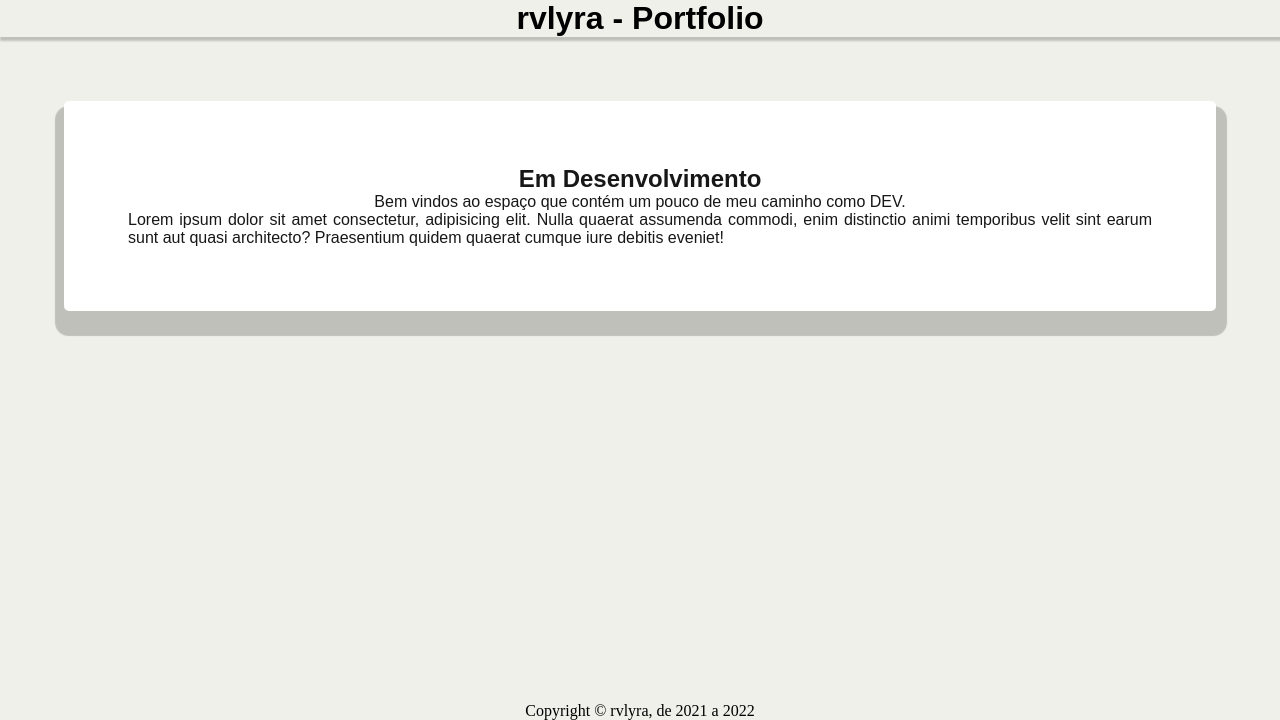
Repository: rvlyra/splash-screen-rvlyra
Page: Portfolio-RVLYRA/public/index.html
The author's editor kept a copy of each file at every save. The page is drawn from the files as they stood at one save, then again after the next save.
The browser window is 1280 px wide. The pictures show the whole page.
Some web fonts or font styles are not loaded; a fallback is used.

Above is the page before, as saved 2022-07-06 09:40:58.

After the next save:
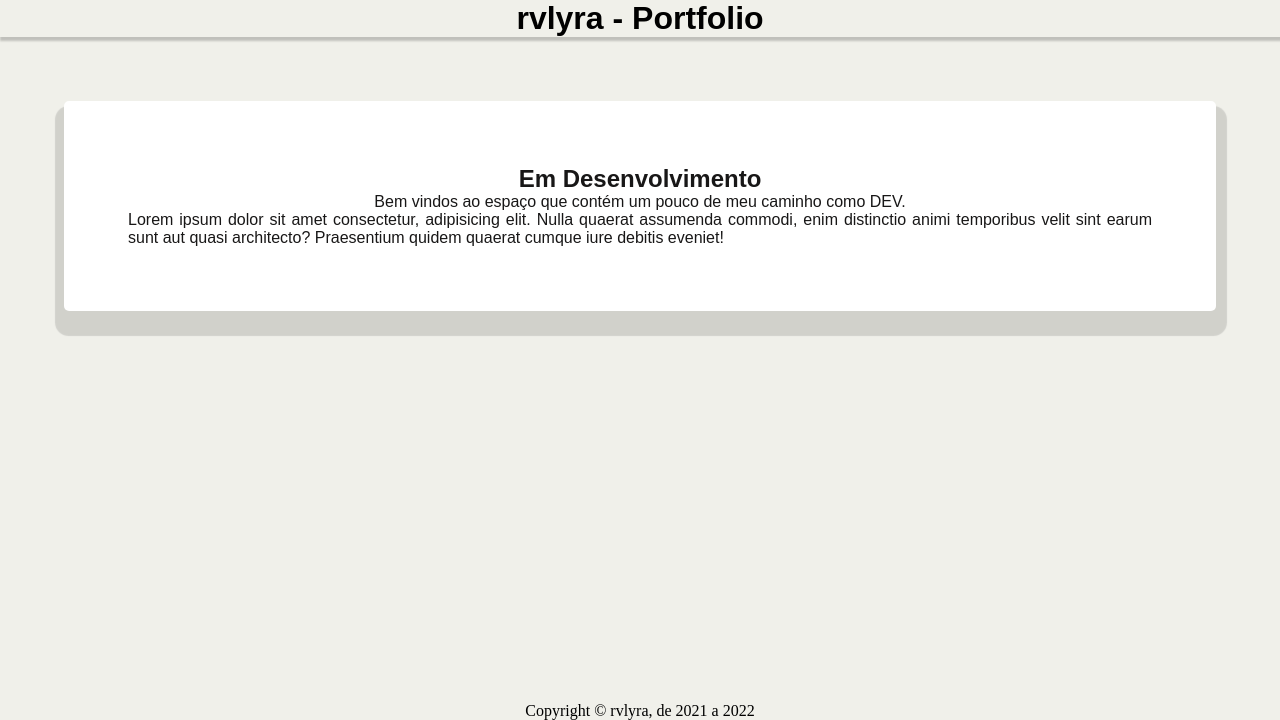
Saved 6 s later.
--- a/Portfolio-RVLYRA/assets/src/css/rl.main.css
+++ b/Portfolio-RVLYRA/assets/src/css/rl.main.css
@@ -31,7 +31,7 @@ main {
     margin: 5%;
     padding: 5%;
     border-radius: 5px;
-    box-shadow: 1px 15px 1px 10px rgba(0, 0, 0, 0.2);
+    box-shadow: 1px 15px 1px 10px rgba(0, 0, 0, 0.13);
 
     background-color:rgb(255, 255, 255);
 
